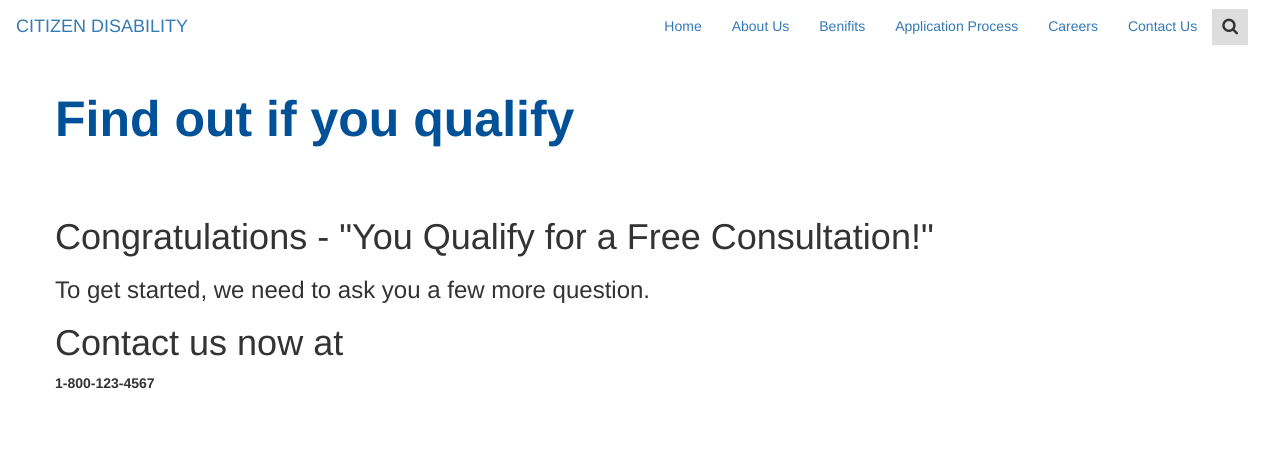
Repository: welcome0605/Embed-html-integrate-with-API
Page: Home2.html
The author's editor kept a copy of each file at every save. The page is drawn from the files as they stood at one save, then again after the next save.
The browser window is 1280 px wide. The pictures show the whole page.

Above is the page before, as saved 2019-04-29 15:21:37.

### Home2.html
<!DOCTYPE html>
<html lang="en">
<head>
  <title>CITIZEN DISABILITY</title>
  <meta charset="utf-8">
  <meta name="viewport" content="width=device-width, initial-scale=1">
  <link rel="stylesheet" href="https://maxcdn.bootstrapcdn.com/bootstrap/3.4.0/css/bootstrap.min.css">
  <script src="https://ajax.googleapis.com/ajax/libs/jquery/3.3.1/jquery.min.js"></script>
  <script src="https://maxcdn.bootstrapcdn.com/bootstrap/3.4.0/js/bootstrap.min.js"></script>
  <link rel = "stylesheet" type = "text/css" href = "./css/base2.css" />
  <link rel="stylesheet" href="https://cdnjs.cloudflare.com/ajax/libs/font-awesome/4.7.0/css/font-awesome.min.css">
  <script src="https://ajax.googleapis.com/ajax/libs/jquery/3.3.1/jquery.min.js"></script>
  <script type="text/javascript">

  </script>

</head>
<body>

<nav class="navbar navbar-info">
  <div class="container-fluid">
    <div class="navbar-header">
      <a class="navbar-brand" href="Home.html">CITIZEN DISABILITY</a>
    </div>
    <ul class="nav navbar-nav div_right">
      <li class="active"><a href="Home.html">Home</a></li>
      <li><a href="About Us.html">About Us</a></li>
      <li><a href="Benifits.html">Benifits</a></li>
      <li><a href="Application Process.html">Application Process</a></li>
      <li><a href="Careers.html">Careers</a></li>
      <li><a href="Contact Us.html">Contact Us</a></li>
      <!-- <input type="text" placeholder="Search.." name="search"> -->
      <button type="button"><i class="fa fa-search"></i></button>
    </ul>
  </div>
</nav>

<div class="container">
  <!-- <h3>Basic Navbar Example1</h3>
  <p>A navigation bar is a navigation header that is placed at the top of the page.</p> -->
  <form method="POST">
    <!-- <div class="div_entire"> -->
      <div class="row"><h2 class="title">Find out if you qualify</h2></div>

      <div class="row div_border">
        <div><h1>Congratulations - "You Qualify for a Free Consultation!"</h1></div>
        <div><h3></h3></div>
        <div><h3>To get started, we need to ask you a few more question.</h3></div>
        <div><h1>Contact us now at</h1><label>1-800-123-4567</label></div>
      </div>




      <!-- <input type="submit" value="Submit"> -->
    <!-- </div> -->
  </form>
</div>

</body>
</html>

### css/base2.css
/* body {
    font-family: 'Open Sans', sans-serif !important;
} */

navbar-default .navbar-nav>.active>a, .navbar-default .navbar-nav>.active>a:focus, .navbar-default .navbar-nav>.active>a:hover {
    background-color: #005197 !important;
    color: white;
}

.navbar-default .navbar-nav>li>a {
    color: black;
    font-size: 20px;
}

.div_right input[type=text] {
    padding: 6px;
    margin-top: 8px;
    font-size: 17px;
    border: none;
}

.div_right button {
    float: right;
    padding: 6px 10px;
    margin-top: 8px;
    margin-right: 16px;
    background: #ddd;
    font-size: 17px;
    border: none;
    cursor: pointer;
}

.div_right {
    float: right;
}

.radio_buttons {
    /* display: inline-flex; */
    margin-bottom:30px;
}

.div_label {
    font-size: 20px;
    /* margin-right: 500px; */
}

.title {
    color: #005197;
    font-weight: 700;
    margin-bottom: 50px;
    font-size: 50px;
}

After the next save:
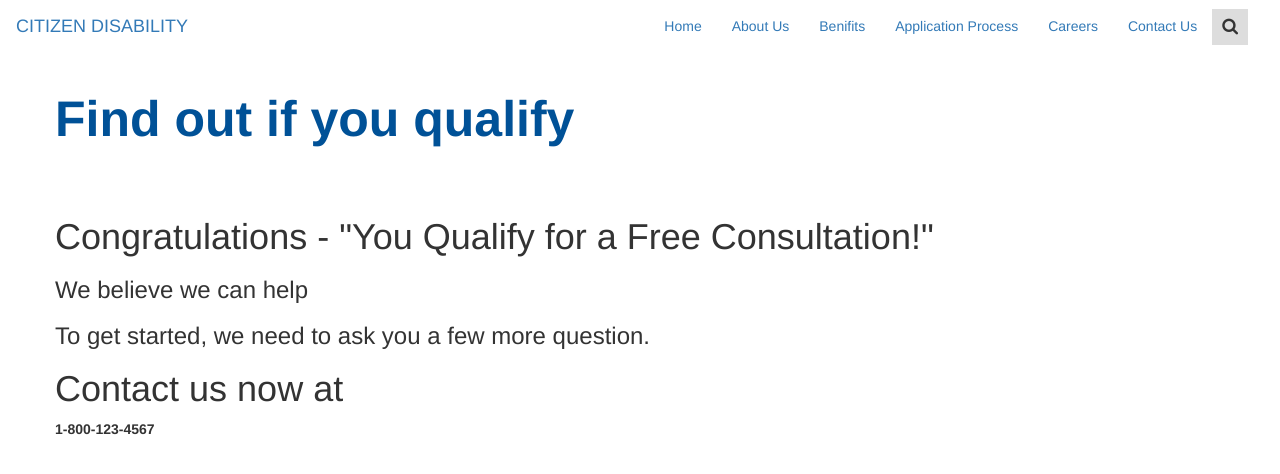
Saved 13 s later.
--- a/Home2.html
+++ b/Home2.html
@@ -44,7 +44,7 @@
 
       <div class="row div_border">
         <div><h1>Congratulations - "You Qualify for a Free Consultation!"</h1></div>
-        <div><h3></h3></div>
+        <div><h3>We believe we can help </h3></div>
         <div><h3>To get started, we need to ask you a few more question.</h3></div>
         <div><h1>Contact us now at</h1><label>1-800-123-4567</label></div>
       </div>
